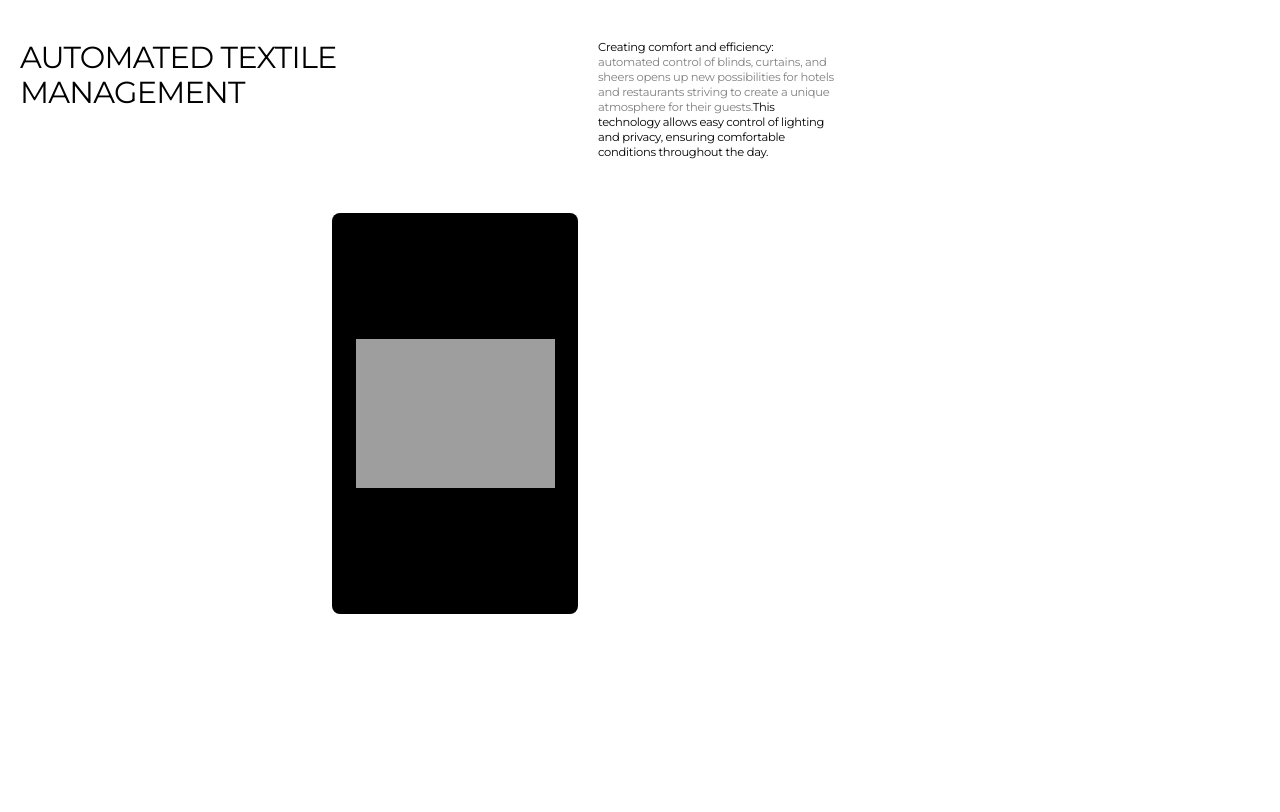
Repository: nikhilsinghrathore1/Shery_02
Page: /
The author's editor kept a copy of each file at every save. The page is drawn from the files as they stood at one save, then again after the next save.
The browser window is 1280 px wide. The pictures show the part of the page from y = 5688 to 6500 px (the page is 8896 px tall).
Pictures or frames that could not be fetched are drawn as grey boxes. The project was rebuilt for these pictures with package versions that can differ from the ones it lists, and the page was loaded fresh each time. Also part of the build but not shown: vite.config.js.

Above is the page before, as saved 2024-07-20 11:36:16.

After the next save:
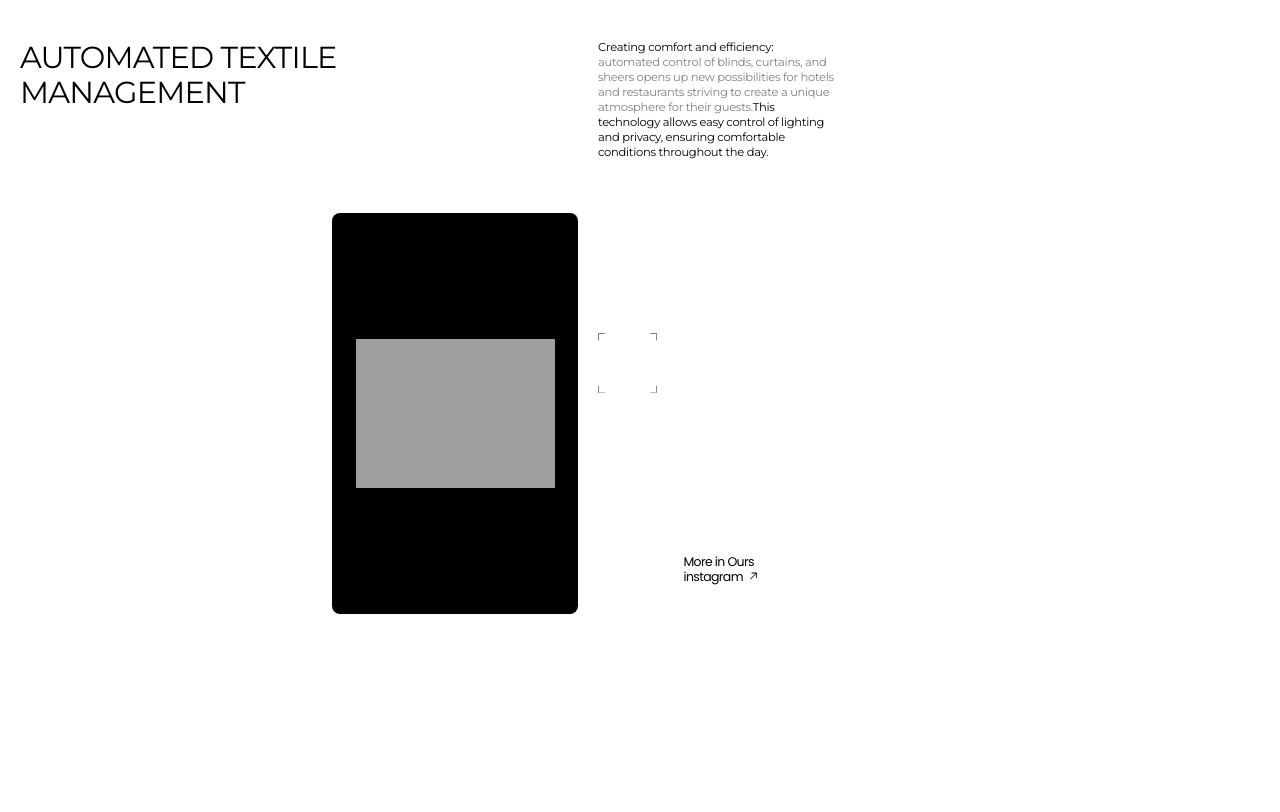
Saved 2 min 29 s later.
--- a/src/pages/Landing.jsx
+++ b/src/pages/Landing.jsx
@@ -190,7 +190,7 @@ const Landing = () => {
                                   <div className='w-[24%] h-full flex flex-col pl-5'>
                                               <div className='w-full h-full '>
                                                 <p className='text-[11.5px] w-[86%] tracking-tight f1 leading-[15px]'>Creating comfort and efficiency: <span className='opacity-50'>automated control of blinds, curtains, and sheers opens up new possibilities for hotels and restaurants striving to create a unique atmosphere for their guests.</span>This technology allows easy control of lighting and privacy, ensuring comfortable conditions throughout the day.</p>
-
+                                                <ScannerComp/>
                                               </div>
                                   </div>
                                 </div>
